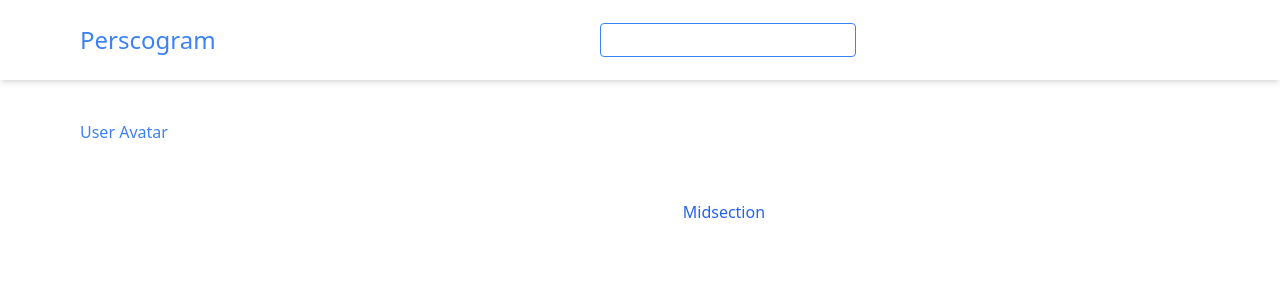
Repository: brandford7/perscogram
Page: /
An editor plug-in stored every save of this project. The page is shown before and after the next save, followed by the edit.
The browser window is 1280 px wide. The pictures show the whole page.
The project was rebuilt for these pictures with package versions that can differ from the ones it lists, and the page was loaded fresh each time. The framework's server and built-in components were replaced by stand-ins that run in the browser. Also part of the build but not shown: next.config.js.

Above is the page before, as saved 2022-12-15 22:35:00.

### pages/index.js
import Head from "next/head";
import { Header, Midsection, Sidebar } from "../components";

export default function Home() {
  return (
    <>
      <Head>
        <title>Perscogram</title>
        <meta name="description" content="Generated by create next app" />
        <meta name="viewport" content="width=device-width, initial-scale=1" />
        <link rel="icon" href="/favicon.ico" />
      </Head>

      <div className=" w-screen h-screen text-black ">
        <header>
          <Header />
        </header>
        <section className="flex mt-10 ">
          <aside>
            <Sidebar />
          </aside>
          <main className="flex  mx-auto">
            <Midsection />
          </main>
        </section>
      </div>
    </>
  );
}

### styles/globals.css
@tailwind base;
@tailwind components;
@tailwind utilities;

* {
  box-sizing: border-box;
  padding: 0;
  margin: 0;
}

html,
body {
  max-width: 100vw;
  overflow-x: hidden;
}

body {
  color: rbg(--foreground-rgb);
  background: linear-gradient(
      to bottom,
      transparent,
      rgb(var(--background-end-rgb))
    )
    rgb(var(--background-start-rgb));
}

a {
  color: inherit;
  text-decoration: none;
}

@media (prefers-color-scheme: dark) {
  html {
    color-scheme: dark;
  }
}

### components/index.js
export { default as Midsection } from './Midsection'
export { default as Sidebar } from './Sidebar'
export { default as Header } from './Header'
export { default as Searchbar } from './Searchbar'

### components/Midsection.jsx
import React from 'react'

const Midsection = () => {
  return (
    <div className= 'mt-20 text-blue-600'>Midsection</div>
  )
}

export default Midsection

### components/Sidebar.jsx
import React from "react";

const Sidebar = () => {
  return <div className="ml-20 text-blue-500">User Avatar </div>;
};

export default Sidebar;

### components/Header.jsx
import React from "react";
import Searchbar from "./Searchbar";

const Header = () => {
  return (
    <div className="flex items-center h-20  shadow-md">
          <h1 className="text-blue-500 text-2xl ml-20">Perscogram</h1>
          <Searchbar/>
    </div>
  );
};

export default Header;

### components/Searchbar.jsx
import React from "react";

const Searchbar = () => {
  return (
    <div className="ml-96">
      <input className="border border-blue-500 rounded w-64 p-1" type="text" />
    </div>
  );
};

export default Searchbar;

Loaded but not shown: pages/_app.js (common file); pages/_document.js (common file); tailwind.config.js (common file)

After the next save:
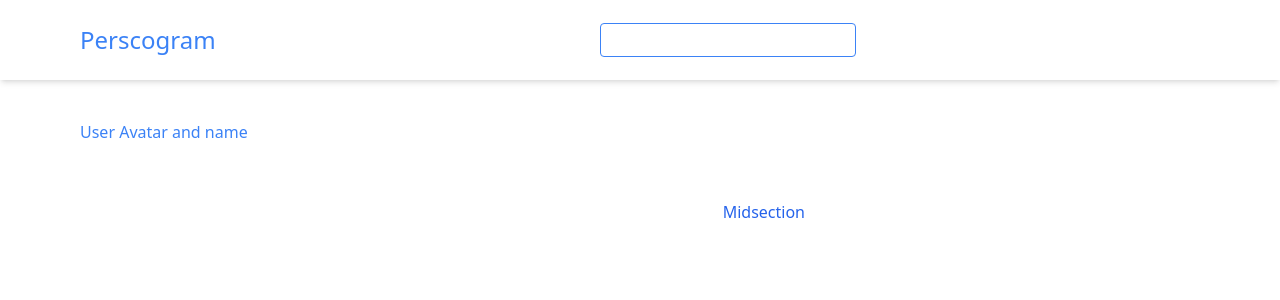
Saved 5 s later.
--- a/components/Sidebar.jsx
+++ b/components/Sidebar.jsx
@@ -1,7 +1,7 @@
 import React from "react";
 
 const Sidebar = () => {
-  return <div className="ml-20 text-blue-500">User Avatar </div>;
+  return <div className="ml-20 text-blue-500">User Avatar and name</div>;
 };
 
 export default Sidebar;
